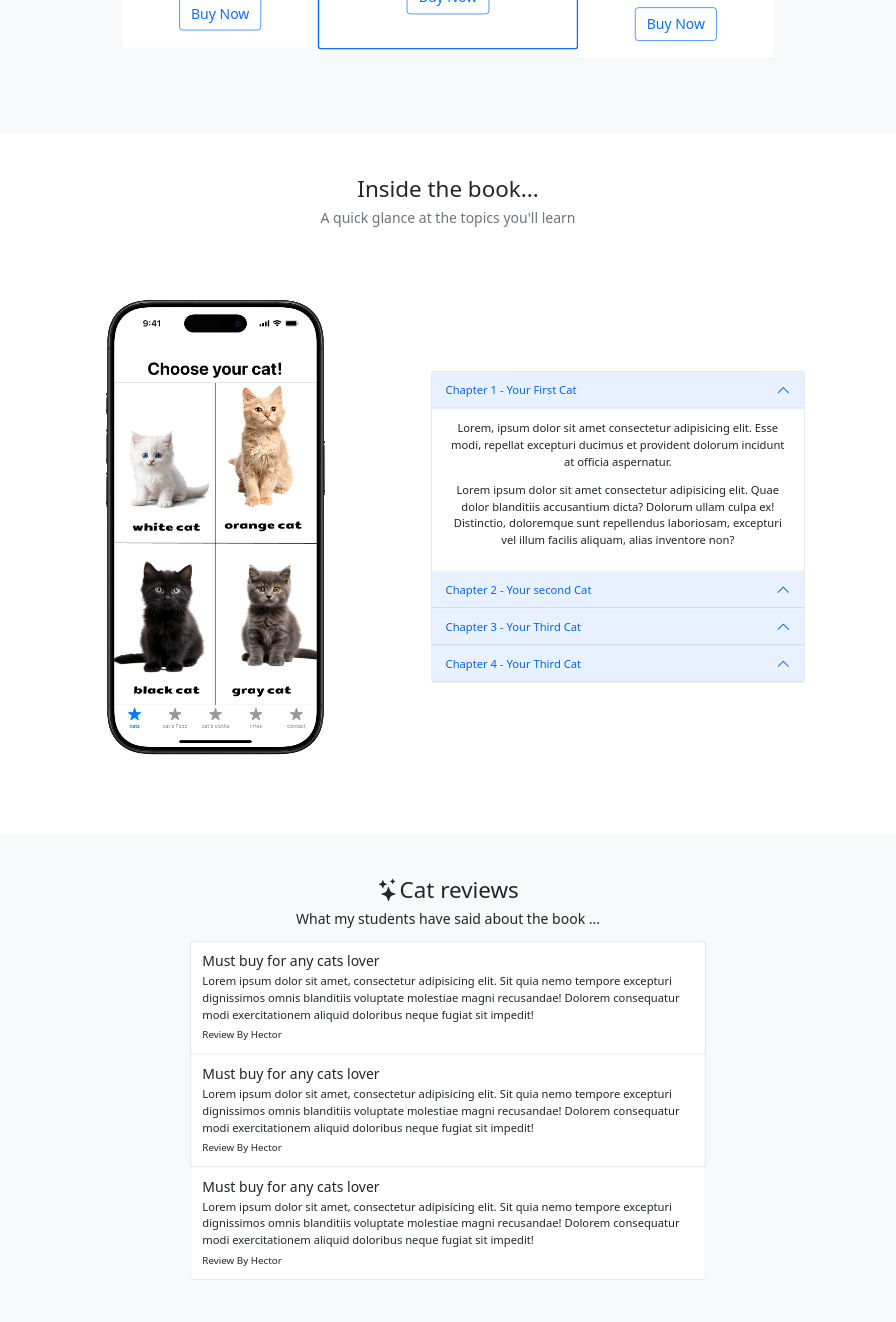
Repository: rihebtlh/catty-storefront
Page: index.html
These files come from the project's save history. The page is drawn as it stood at one moment and after the next save; the edit follows.
The browser window is 1280 px wide. The pictures show the part of the page from y = 1269 to 3189 px (the page is 3157 px tall before and 3189 px after), at 70% of full size.

Above is the page before, as saved 2025-06-18 16:44:02.

After the next save:
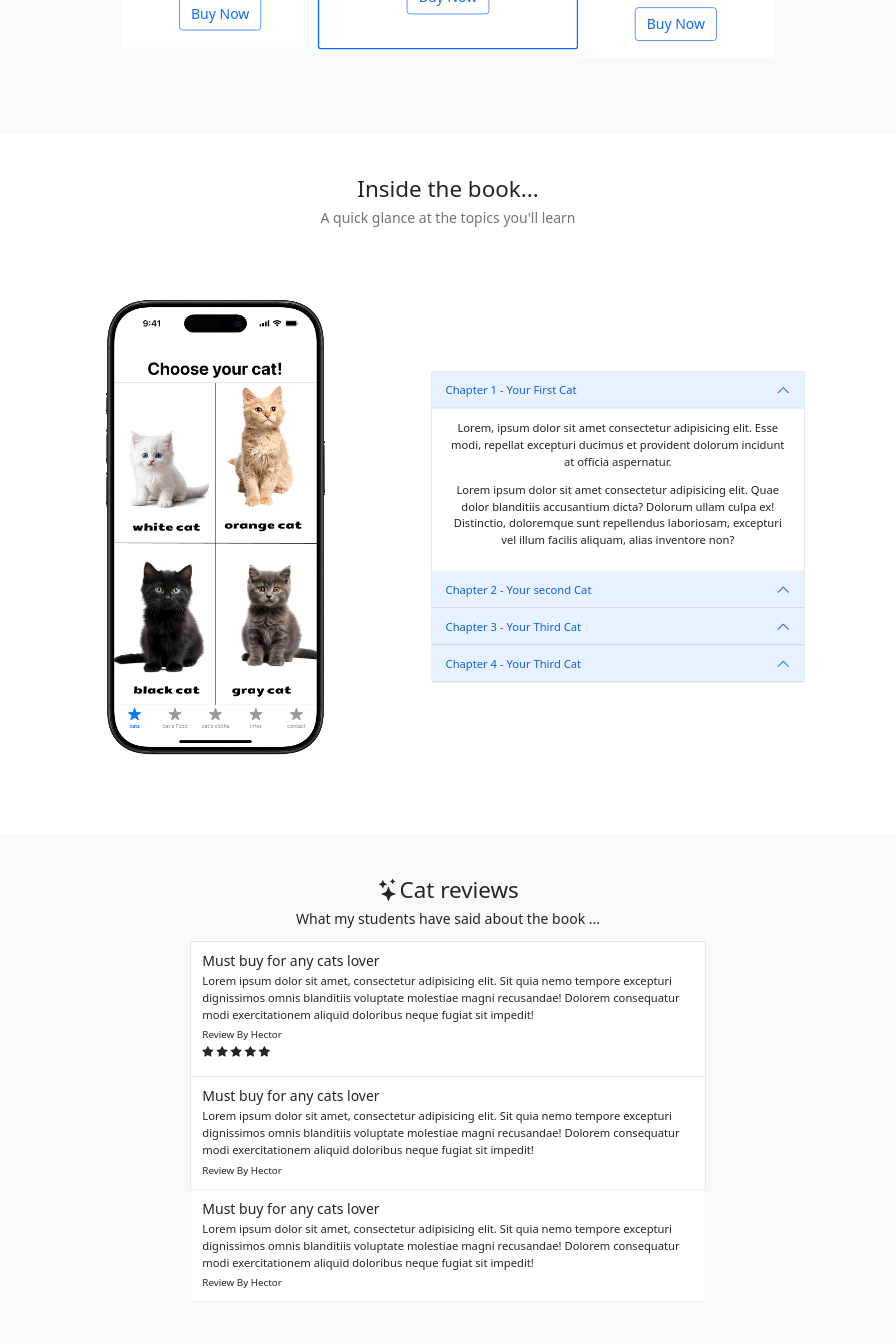
Saved 6 s later.
--- a/index.html
+++ b/index.html
@@ -233,6 +233,13 @@
                 <h5 class="mb-1">Must buy for any cats lover</h5>
                 <p class="mb-1">Lorem ipsum dolor sit amet, consectetur adipisicing elit. Sit quia nemo tempore excepturi dignissimos omnis blanditiis voluptate molestiae magni recusandae! Dolorem consequatur modi exercitationem aliquid doloribus neque fugiat sit impedit!</p>
                 <small>Review By Hector</small>
+                <div class="pb-2">
+                  <i class="bi bi-star-fill"></i>
+                  <i class="bi bi-star-fill"></i>
+                  <i class="bi bi-star-fill"></i>
+                  <i class="bi bi-star-fill"></i>
+                  <i class="bi bi-star-fill"></i>
+                </div>
               </div>
               <div class="list-group-item py-3">
                 <h5 class="mb-1">Must buy for any cats lover</h5>
